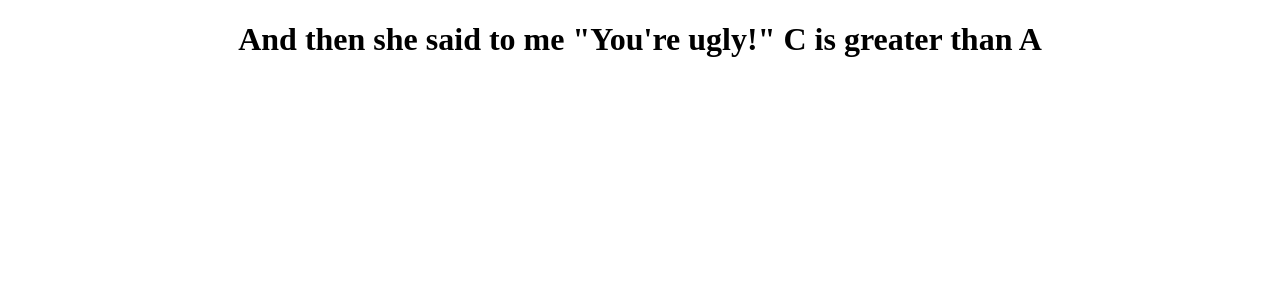
Repository: Lexscher/PHP-practice
Page: http://localhost/
The author's editor kept a record of every edit. The page is drawn from the files as they stood at one moment, then again after the next edit.
The browser window is 1280 px wide. The pictures show the whole page.
The page is run by PHP 8.4 with error messages shown; the project is at /var/www/html/.

Above is the page before.

After the next edit:
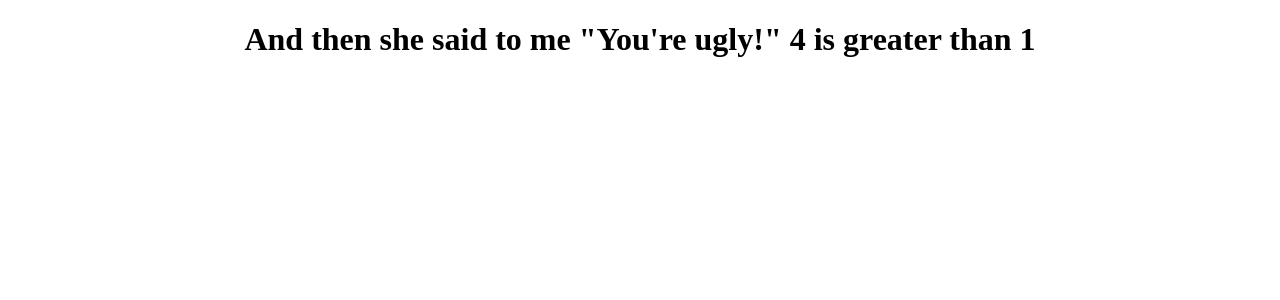
The edit:
--- a/index.php
+++ b/index.php
@@ -33,7 +33,7 @@
              if ($a > $c ) {
                  echo $a . " is greater than " . $c;
              } else {
-                 echo "C is greater than A";
+                 echo $c . " is greater than " . $a;
              }
 
                 ?>
